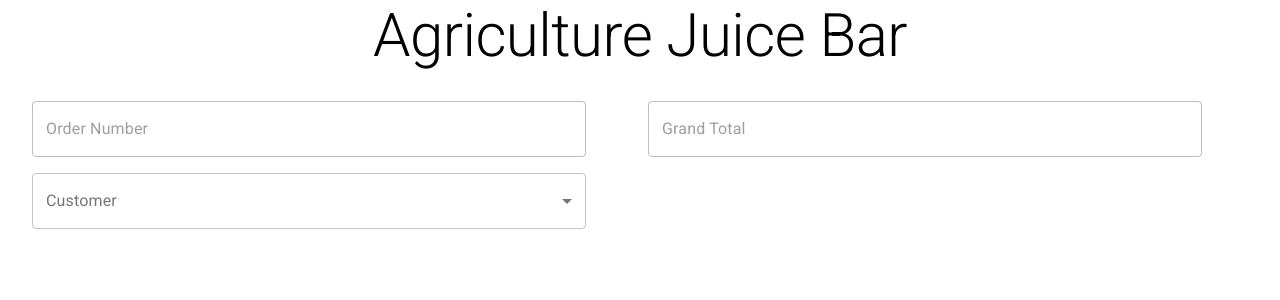
Repository: CydexCode/JuiceBarApplication
Page: / (app in restaurant-app/)
These files come from the project's save history. The page is drawn as it stood at one moment and after the next save; the edit follows.
The browser window is 1280 px wide. The pictures show the whole page.
The project was rebuilt for these pictures with package versions that can differ from the ones it lists, and the page was loaded fresh each time. Also part of the build but not shown: restaurant-app/src/App.css.

Above is the page before, as saved 2024-02-03 11:33:02.

After the next save:
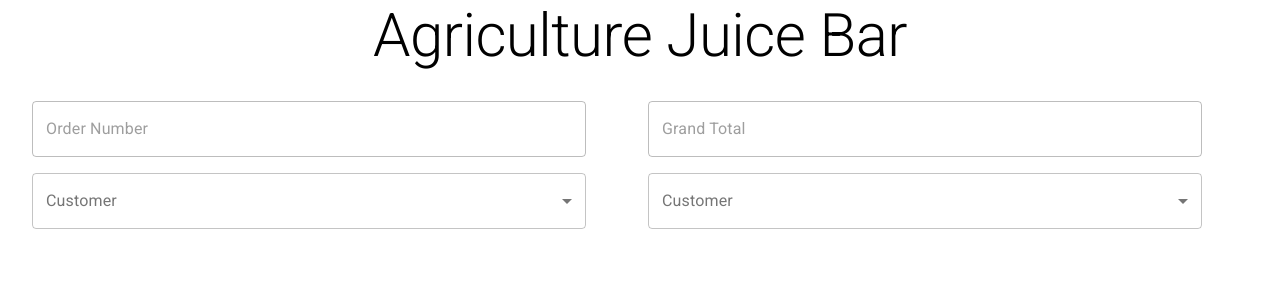
Saved 63 s later.
--- a/restaurant-app/src/components/Order/OrderForm.js
+++ b/restaurant-app/src/components/Order/OrderForm.js
@@ -35,6 +35,18 @@ export default function OrderForm() {
           label="Grand Total"
           name="gTotal"
         />
+          <Select
+              label="Customer"
+               name="customerId"
+               options = {[
+                {id:0, title : 'Select'},
+                {id:1, title : 'Customer 1'},
+                {id:2, title : 'Customer 2'},
+                {id:3, title : 'Customer 3'},
+                {id:4, title : 'Customer 4'}
+
+               ]}
+               />
       </Grid>
     </Grid>
   </Form>
